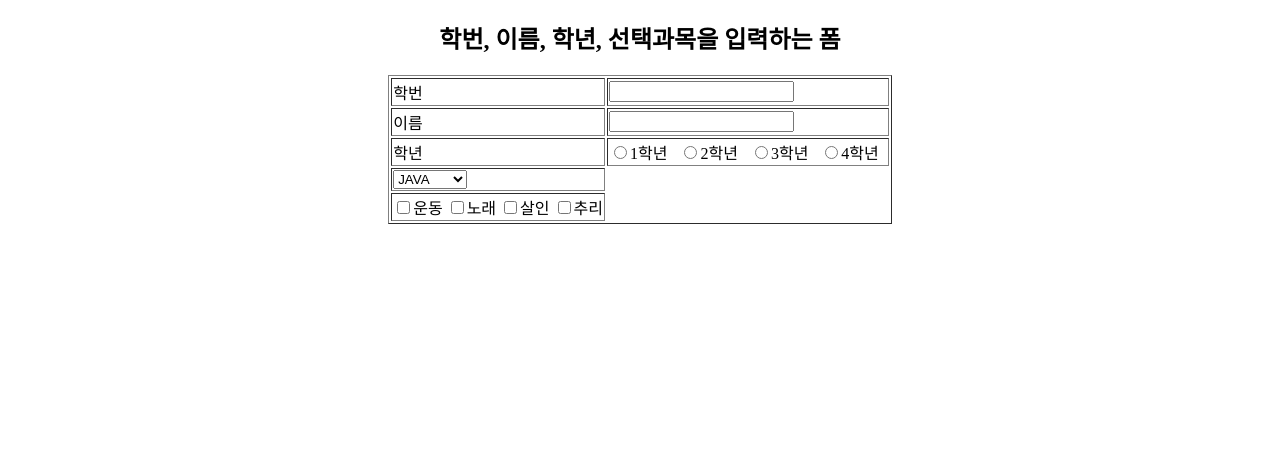
Repository: Hara-JS/hara
Page: http://localhost/jsp_01_basic_test/_05_session/_07_multiplexForm.jsp
These files come from the project's save history. The page is drawn as it stood at one moment and after the next save; the edit follows.
The browser window is 1280 px wide. The pictures show the whole page.
The page is served by Tomcat 9.

Above is the page before, as saved 2024-08-12 08:45:57.

After the next save:
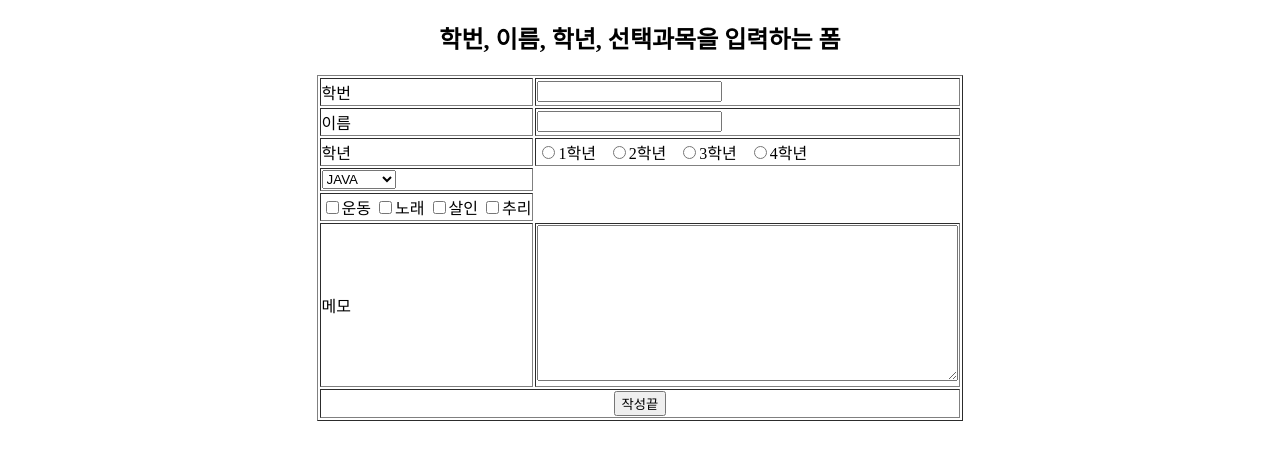
Saved 3 min 15 s later.
--- a/새 폴더/jsp_01_basic_test/src/main/webapp/_05_session/_07_multiplexForm.jsp
+++ b/새 폴더/jsp_01_basic_test/src/main/webapp/_05_session/_07_multiplexForm.jsp
@@ -46,11 +46,15 @@
 						<input type="checkbox" name="hobbies" value="살인">살인
 						<input type="checkbox" name="hobbies" value="추리">추리
 					</td>
-
 				</tr>
-
-
-
+				<tr>
+					<td>메모</td>
+					<td><textarea rows="10" cols="50" name="memo"></textarea></td>
+				</tr>
+				<tr>
+					<td colspan="2" align="center"><input type="submit" value="작성끝">
+					</td>
+				</tr>
 			</table>
 
 
